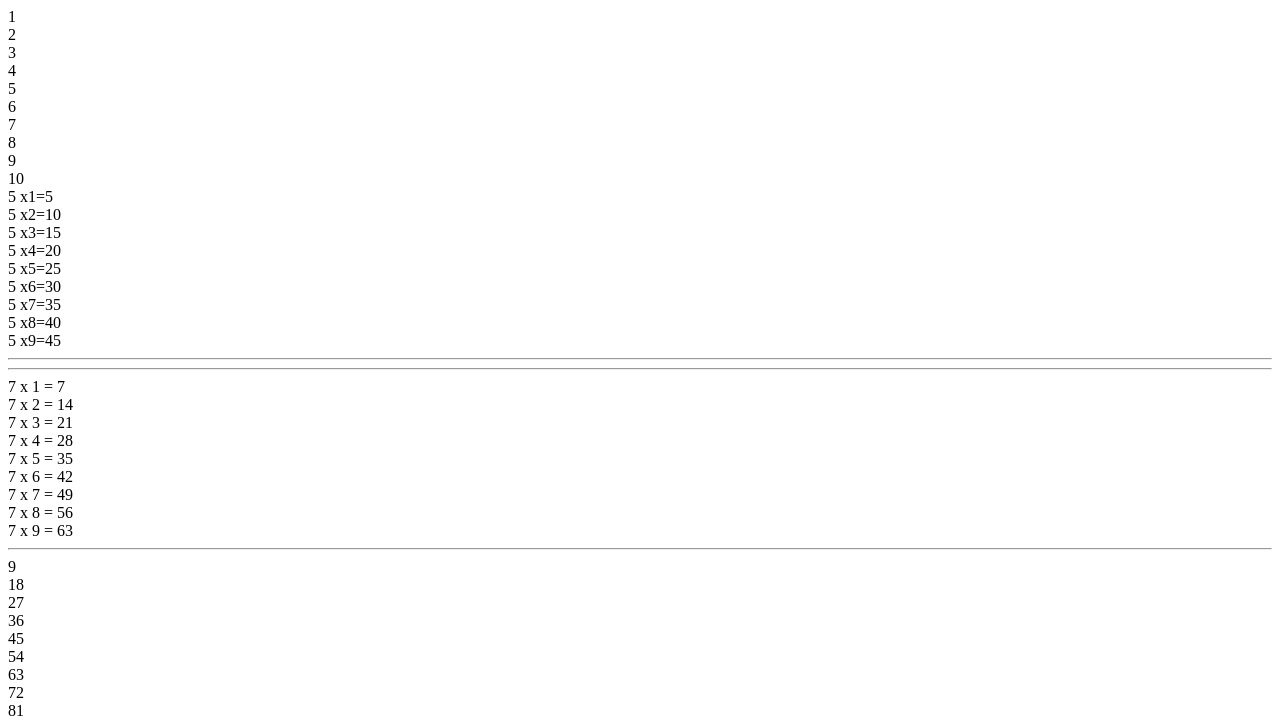
Repository: jeong3/Real_Time_Date
Page: http://localhost/jspGrammar1/Scriptlet.jsp
These files come from the project's save history. The page is drawn as it stood at one moment and after the next save; the edit follows.
The browser window is 1280 px wide. The pictures show the whole page.
The page is served by Tomcat 9.

Above is the page before, as saved 2024-08-30 02:27:12.

### eclipse/eclipse-workspace/jspGrammar1/src/main/webapp/Scriptlet.jsp
<%@ page language="java" contentType="text/html; charset=UTF-8"
    pageEncoding="UTF-8"%>
<!DOCTYPE html>
<html>
<head>
<meta charset="UTF-8">
<title>Insert title here</title>
</head>
<body>
<% //scriptlet
	for(int i = 1; i <= 10; i++){
		out.print(i + "<br />");
	}
	for(int gop = 1; gop <= 9; gop++){
		out.print("5 x"+gop + "="+5*gop+"<br />");
	}
	out.print("<hr />");
%>
<hr />
<%
	for(int gop = 1; gop <= 9; gop++){
		out.print("7 x "+gop+ " = "+ 7*gop+"<br />");
	}
%>
<hr />
<% for(int gop = 1; gop <= 9; gop++){%>
<%=  9*gop+"<br />"%>
<%} %>
</body>
</html>

After the next save:
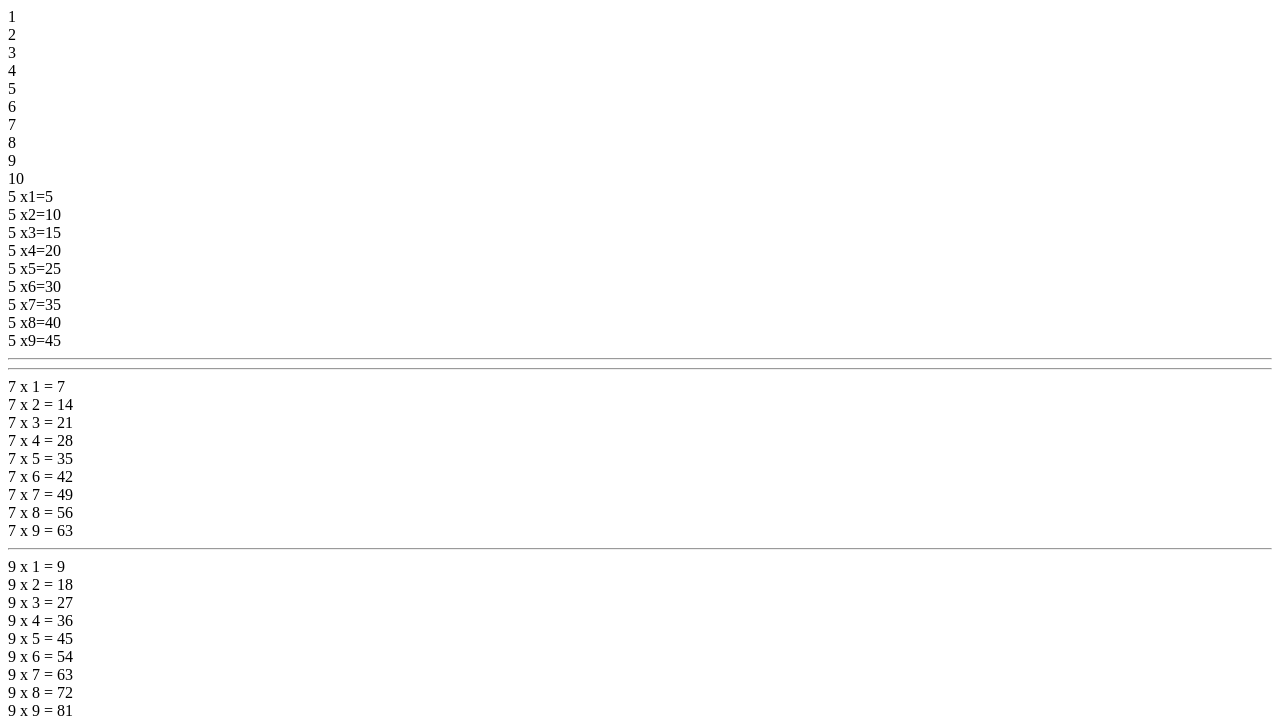
Saved 65 s later.
--- a/eclipse/eclipse-workspace/jspGrammar1/src/main/webapp/Scriptlet.jsp
+++ b/eclipse/eclipse-workspace/jspGrammar1/src/main/webapp/Scriptlet.jsp
@@ -1,5 +1,5 @@
 <%@ page language="java" contentType="text/html; charset=UTF-8"
-    pageEncoding="UTF-8"%>
+	pageEncoding="UTF-8"%>
 <!DOCTYPE html>
 <html>
 <head>
@@ -7,24 +7,29 @@
 <title>Insert title here</title>
 </head>
 <body>
-<% //scriptlet
-	for(int i = 1; i <= 10; i++){
+	<%
+	//scriptlet
+	for (int i = 1; i <= 10; i++) {
 		out.print(i + "<br />");
 	}
-	for(int gop = 1; gop <= 9; gop++){
-		out.print("5 x"+gop + "="+5*gop+"<br />");
+	for (int gop = 1; gop <= 9; gop++) {
+		out.print("5 x" + gop + "=" + 5 * gop + "<br />");
 	}
 	out.print("<hr />");
-%>
-<hr />
-<%
-	for(int gop = 1; gop <= 9; gop++){
-		out.print("7 x "+gop+ " = "+ 7*gop+"<br />");
+	%>
+	<hr />
+	<%
+	for (int gop = 1; gop <= 9; gop++) {
+		out.print("7 x " + gop + " = " + 7 * gop + "<br />");
 	}
-%>
-<hr />
-<% for(int gop = 1; gop <= 9; gop++){%>
-<%=  9*gop+"<br />"%>
-<%} %>
+	%>
+	<hr />
+	<%
+	for (int gop = 1; gop <= 9; gop++) {
+	%>
+	<%="9 x " + gop + " = " + 9 * gop + "<br />"%>
+	<%
+	}
+	%>
 </body>
 </html>
